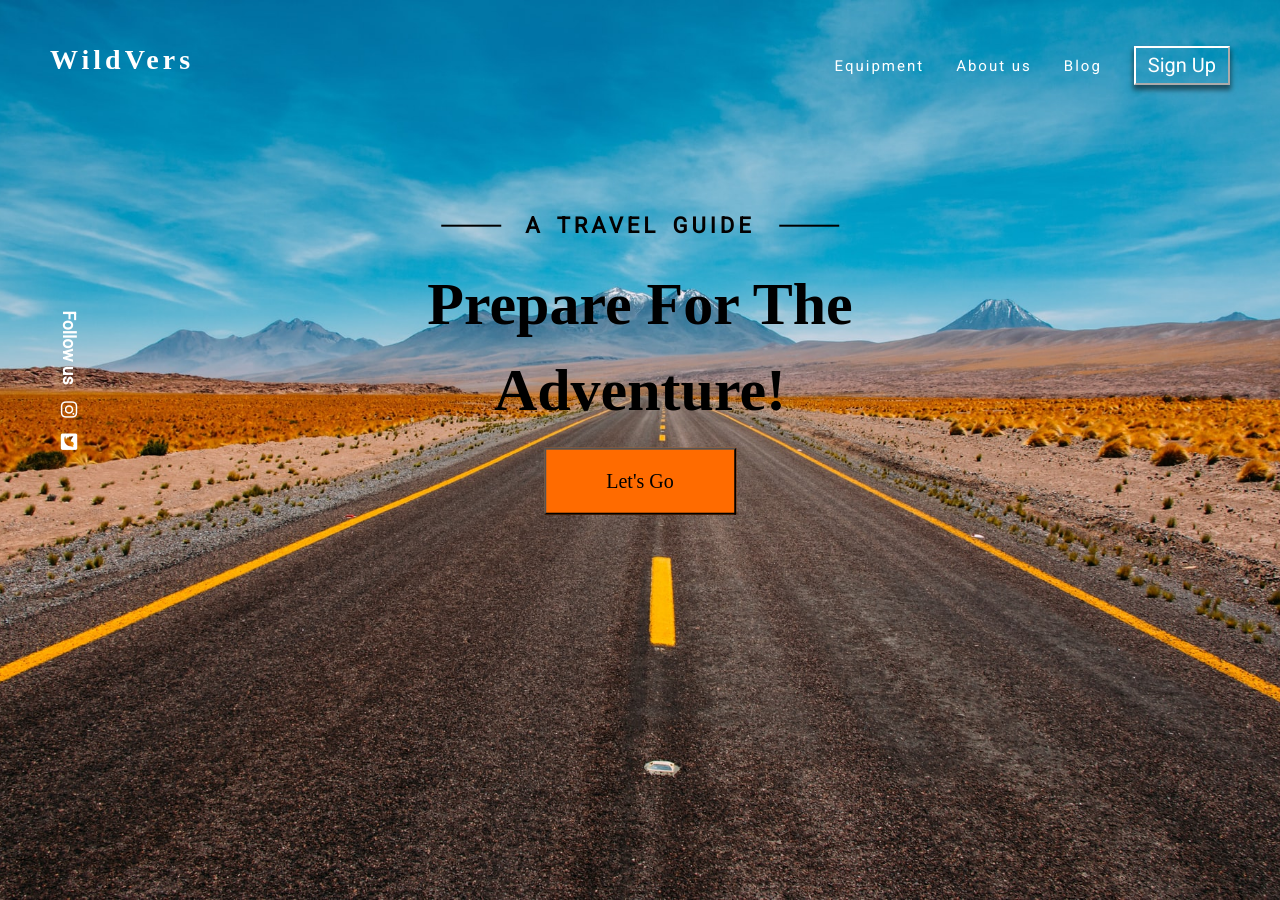
Repository: Hunga9k50doker/wildver-travel
Page: src/index.html
The author's editor kept a copy of each file at every save. The page is drawn from the files as they stood at one save, then again after a run of saves.
The browser window is 1280 px wide. The pictures show the whole page.
Some web fonts or font styles are not loaded; a fallback is used. The style sheet was rebuilt from its Sass, Less or Tailwind sources for each picture, by a compiler version that may differ from the author's.

Above is the page before, as saved 2021-08-26 00:34:23.

After the next 9 saves:
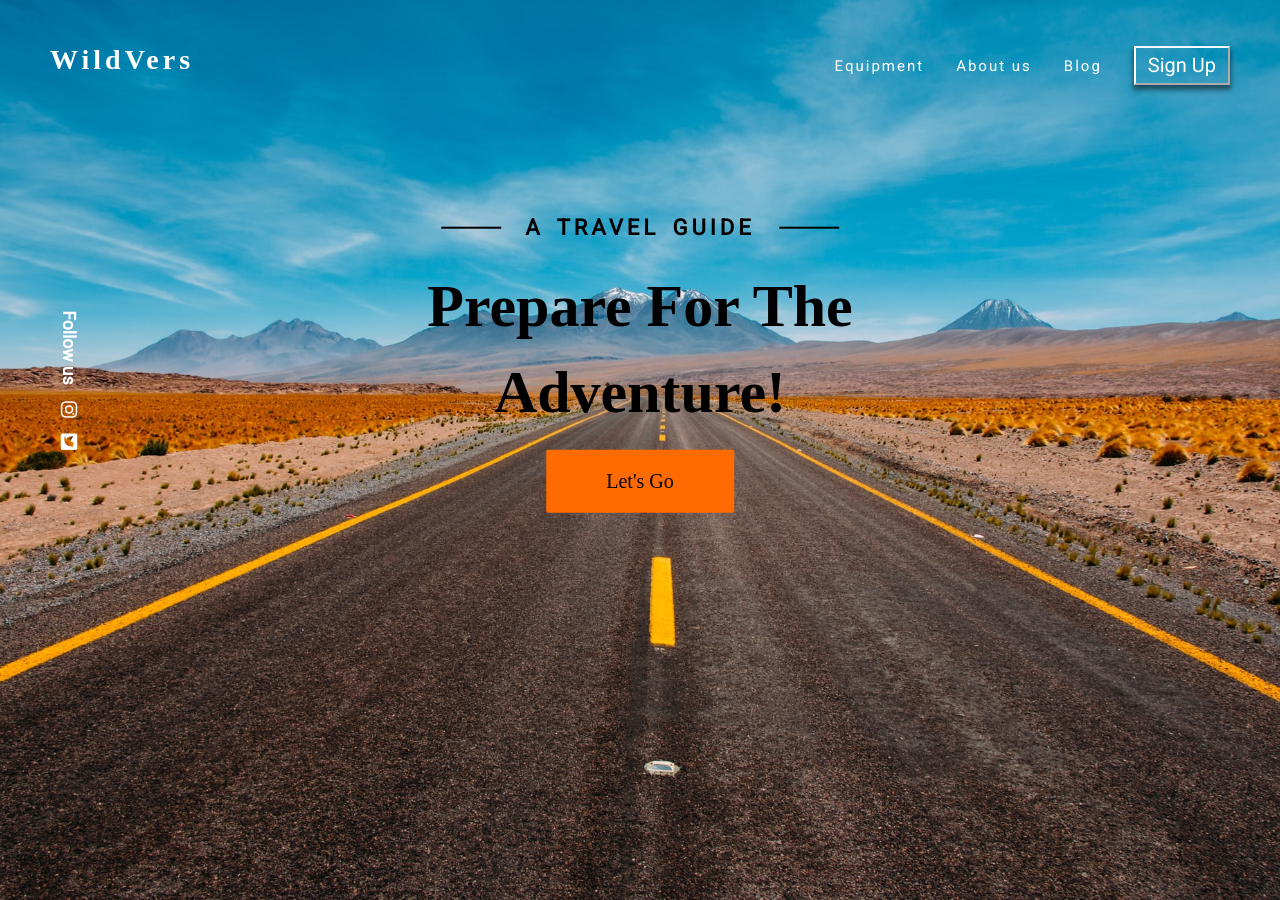
The 9 saves are shown as one change because 1 did not build or start and some came seconds apart.
The last was saved 26 s later.
--- a/src/resources/scss/header.scss
+++ b/src/resources/scss/header.scss
@@ -151,7 +151,9 @@
                font-family: 'Besley', serif;
                font-weight: 500;
                background: $orange-color;
-
+               border: none;
+               border-radius: 2px;
+               box-shadow: 0 ;
             }
         }
     }
